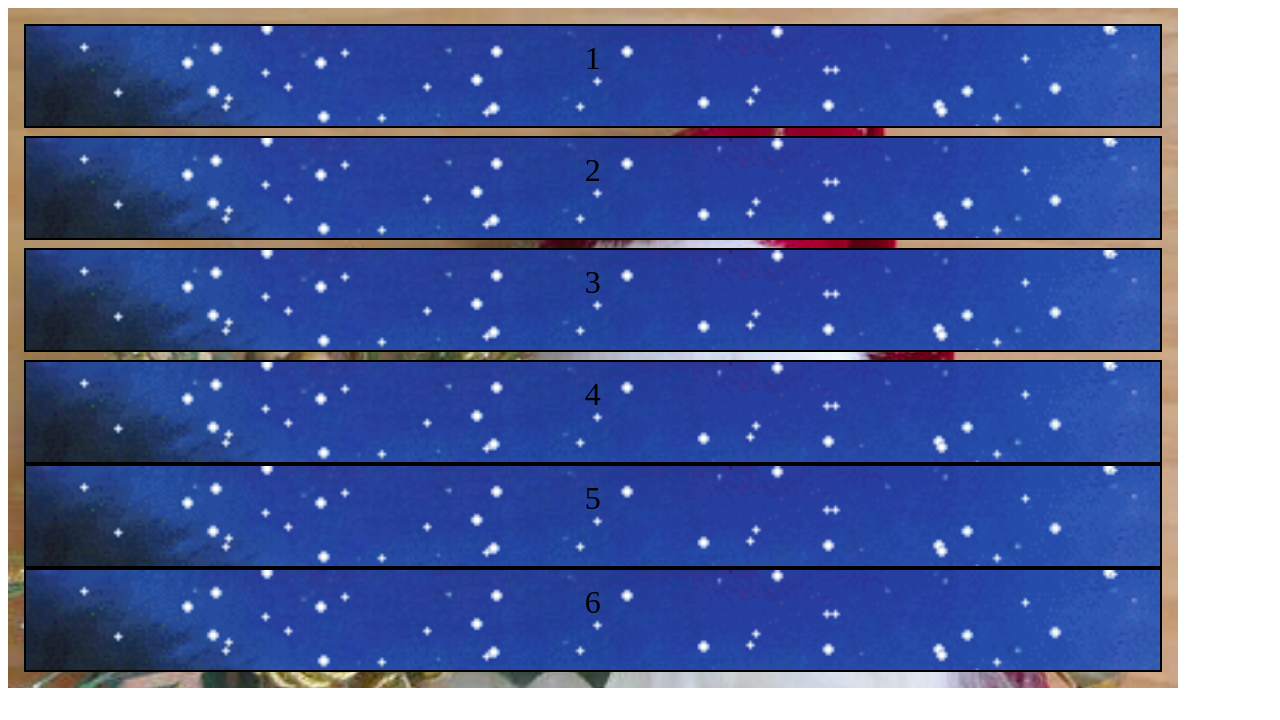
Repository: hindrik40/julprogram-js
Page: advent.html
These files come from the project's save history. The page is drawn as it stood at one moment and after the next save; the edit follows.
The browser window is 1280 px wide. The pictures show the whole page.

Above is the page before, as saved 2021-12-14 10:44:35.

After the next save:
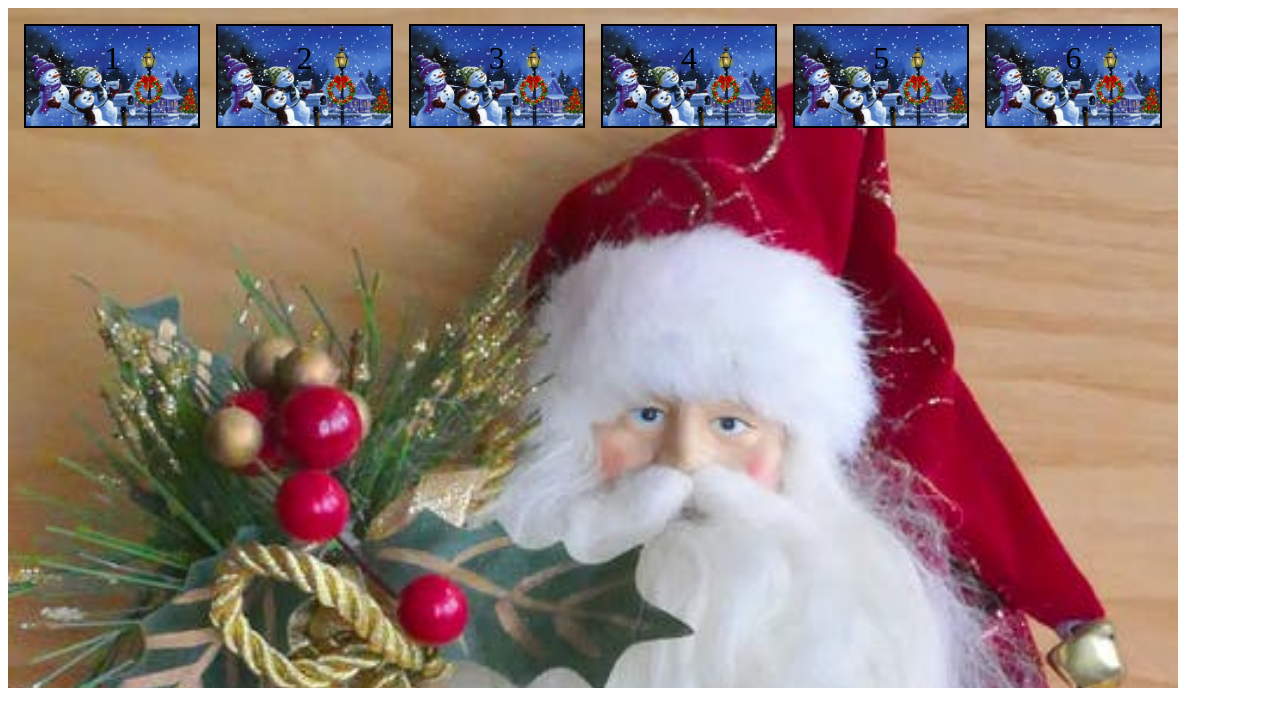
Saved 60 s later.
--- a/advent.css
+++ b/advent.css
@@ -4,10 +4,10 @@ main#adventCalender{
     background-image: url(images/jul6.jpeg);
     background-size: cover;
     display: grid;
-    /* grid-template-columns: repeat(1fr, 1fr, 1fr,1fr); */
+     grid-template-columns: repeat(6, 1fr);
     column-gap: 1rem;
     padding:1rem;
-    grid-template-rows: repeat(3, 1fr);
+    /* grid-template-rows: repeat(3, 1fr); */
 }
 main div{
    min-width: 50px;
